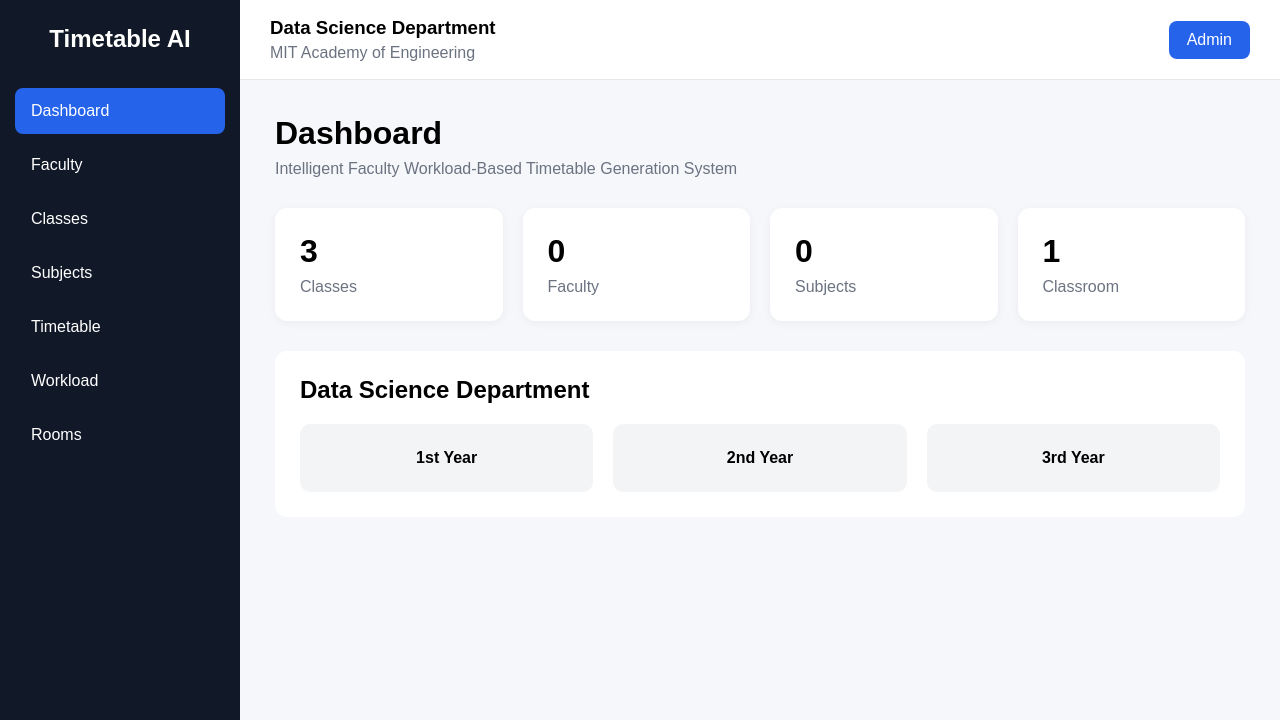
Repository: palak-surana/Intelligent-Timetable-System
Page: / (app in frontend/)
The author's editor kept a copy of each file at every save. The page is drawn from the files as they stood at one save, then again after the next save.
The browser window is 1280 px wide. The pictures show the whole page.
The project was rebuilt for these pictures with package versions that can differ from the ones it lists, and the page was loaded fresh each time. Also part of the build but not shown: frontend/vite.config.js, frontend/src/pages/Faculty.jsx, frontend/src/pages/Classes.jsx, frontend/src/pages/Subjects.jsx, frontend/src/pages/Timetable.jsx, frontend/src/pages/Workload.jsx, frontend/src/pages/Rooms.jsx.

Above is the page before, as saved 2026-08-15 22:48:33.

After the next save:
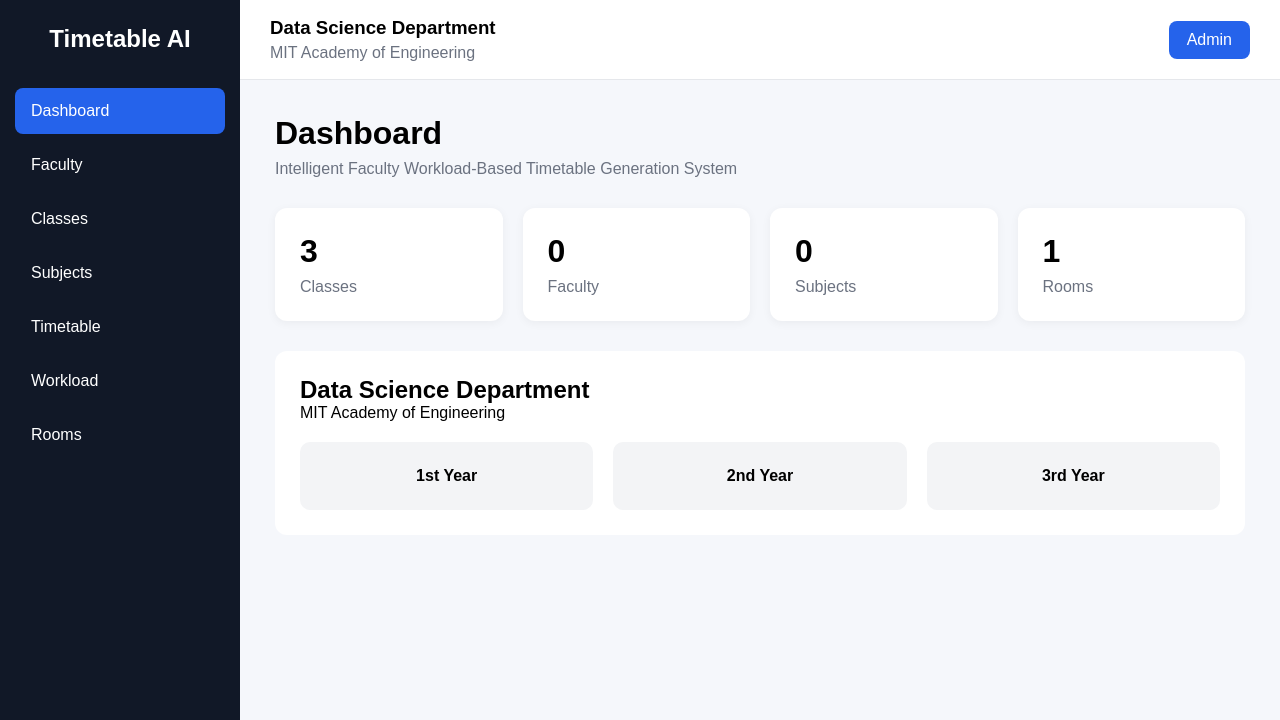
Saved 22 s later.
--- a/frontend/src/pages/Dashboard.jsx
+++ b/frontend/src/pages/Dashboard.jsx
@@ -1,6 +1,11 @@
+import { departmentData } from "../data/departmentData";
+
 function Dashboard() {
+  const data = departmentData;
+
   return (
     <main className="dashboard">
+
       <h1>Dashboard</h1>
 
       <p className="welcome">
@@ -8,36 +13,47 @@ function Dashboard() {
       </p>
 
       <div className="stats">
+
         <div className="card">
-          <h2>3</h2>
+          <h2>{data.classes.length}</h2>
           <p>Classes</p>
         </div>
 
         <div className="card">
-          <h2>0</h2>
+          <h2>{data.faculty.length}</h2>
           <p>Faculty</p>
         </div>
 
         <div className="card">
-          <h2>0</h2>
+          <h2>{data.subjects.length}</h2>
           <p>Subjects</p>
         </div>
 
         <div className="card">
-          <h2>1</h2>
-          <p>Classroom</p>
+          <h2>{data.rooms.length}</h2>
+          <p>Rooms</p>
         </div>
+
       </div>
 
       <div className="department-card">
-        <h2>Data Science Department</h2>
+
+        <h2>{data.department} Department</h2>
+
+        <p>{data.college}</p>
 
         <div className="classes">
-          <div>1st Year</div>
-          <div>2nd Year</div>
-          <div>3rd Year</div>
+
+          {data.classes.map((item) => (
+            <div key={item.id}>
+              {item.year}
+            </div>
+          ))}
+
         </div>
+
       </div>
+
     </main>
   );
 }
